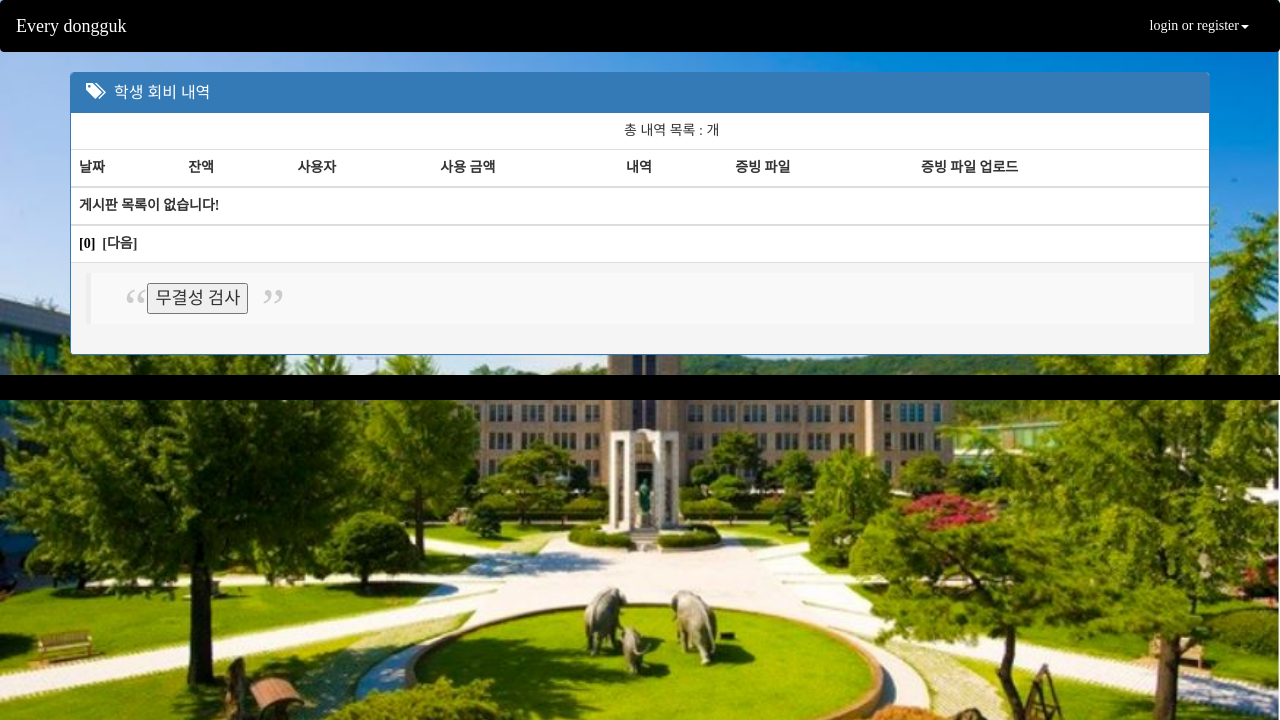
Repository: CSID-DGU/2020-1-ESCD-DOUBLE
Page: http://localhost/web/WEB-INF/views/bank/blistall.jsp
The author's editor kept a copy of each file at every save. The page is drawn from the files as they stood at one save, then again after the next save.
The browser window is 1280 px wide. The pictures show the whole page.
Some web fonts or font styles are not loaded; a fallback is used. Some web libraries are served in a nearby version. The page is served by Tomcat 9. Nobody is signed in. Other server files are loaded and not shown. The template is opened directly, without the code that normally fills it, so the values that code supplies are empty.

Above is the page before, as saved 2020-05-27 07:48:17.

### web/src/main/webapp/WEB-INF/views/bank/blistall.jsp
<%@ page language="java" contentType="text/html; charset=EUC-KR"
    pageEncoding="EUC-KR"%>
    <%@ taglib prefix="c" uri="http://java.sun.com/jsp/jstl/core"%>
<!DOCTYPE html>
<html>
<head>
<link rel="stylesheet" href="resources/css/bootstrap.css">
<link rel="stylesheet" href="resources/css/customize.css">
<link rel="stylesheet" href="resources/css/template.css">
<script src="https://code.jquery.com/jquery-3.1.1.min.js"></script>
<script src="resources/js/bootstrap.js"></script>
<script>

</script>

<meta charset="EUC-KR">
<title>Insert title here</title>
<style>

blockquote{
background:#f9f9f9;
border-left:10px solid #cccccc;
margin: 1.5em 10px;
padding: 0.5em 10px;
quotes: "\201C""\201D""\2018""\2019"
}
blockquote:before{
color:#cccccc;
content:open-quote;
font-size:3em;
line-height:0.1em;
margin-left:0.25em;
vertical-align:-0.4em;
}
blockquote:after{
color:#cccccc;
content:close-quote;
font-size:3em;
line-height:0.1em;
margin-left:0.25em;
vertical-align:-0.4em;
}


</style>
</head>

<body class="body">

<%@include file="../template/header.jsp"%>
<div class="container">
	<div class="row">
		<div class="col-xs-12">
		<div class="panel panel-primary">
		<div class="panel-heading">
			<h3 class="panel-title">
				<span class="glyphicon glyphicon-tags"></span>
				&nbsp;&nbsp;학생 회비 내역

			</h3>
		</div>

		<table class="table">
			<thead>
			  <tr>
  				<td colspan="5" align="right"> 총 내역 목록 : <b>${totalCount }</b>개
  			</tr>
			<tr>
			<th>날짜</th>	<th>잔액</th>	<th>사용자</th>	<th>사용 금액</th><th>내역</th><th>증빙 파일</th><th>증빙 파일 업로드</th>
			</tr>
			</thead>
			<tbody>
	  <c:if test="${!empty bl }">

   <c:forEach var= "list" items="${bl }">
   <form name="uploadForm" method="post" action="upload_ok" enctype="multipart/form-data">
   <tr>
    <th>${list.getBdate() }</th><input type="hidden" value="${list.getBdate()}" name="Bdate"/>
    <th>${list.getBrest() }</th><input type="hidden" value="${list.getBrest()}" name="Brest"/>
    <th>${list.getBuser() }</th><input type="hidden" value="${list.getBuser()}" name="Buser"/>
    <th>${list.getBinout() }</th><input type="hidden" value="${list.getBinout()}" name="Binout"/>
    <th>${list.getBmemo() }</th><input type="hidden" value="${list.getBmemo()}" name="Bmemo"/>
    <c:if test="${!empty list.getFname()}">
    <th><a href="/web/downloadFile?fname=${list.getFname() }  ">${list.getFname() }  </a></th>  </c:if>

    <c:if test="${empty list.getFname() }">
    <c:if test="${Siscouncil>'1' }">
    <th>
       <input type="file" name="imgFile"></th>
    <th><input type="submit" value="업로드"></th>
    </c:if></c:if>

  </tr>  </form>
  </c:forEach>
  </c:if>

    <c:if test="${empty bl }">
  <tr>   <th colspan="5">게시판 목록이 없습니다!</th></tr></c:if>
			</tbody>
	<center><tr>
   		<th colspan="5">
   			<c:if test="${page<=1 }">
   				[이전]&nbsp;
   			</c:if>
   			<c:if test="${page>1 }">
   				<a href="/web/blistall?page=${page-1 }">[이전]</a>&nbsp;
   			</c:if>

   			<%--현재쪽 번호 출력 --%>
   			<c:forEach var="a" begin="${startpage }" end="${endpage }" step="1">
   				<c:if test="${a==page }"><%--현재 쪽번호가 선택된 경우는 링크 없어도됨 --%>
   					 <${a }>
   				</c:if>
   				<c:if test="${a!=page}">
   					<a href="/web/blistall?page=${a }">[${a }]</a>&nbsp;

   				</c:if>
   			</c:forEach>
   			<c:if test="${page>=endpage }"><!-- maxpage =>endpage로바꾸면..? -->
   			[다음]
   			</c:if>
   			<c:if test="${page<endpage }">
   			<a href="/web/blistall?page=${page+1 }">[다음]</a>
   			</c:if>

   		</th>
   </tr></center>
		</table>
			<div class="panel-footer"><form action="blockchain" method="post">
					<blockquote><input type="submit" value="무결성 검사" name="verify"></blockquote>
					</form>
			</div>

		</div></div>
	</div>
</div>

<div class="footer">
<%@include file="../template/footer.jsp"%></div>
</body>
</html>

### web/src/main/webapp/WEB-INF/views/template/header.jsp
<%@ page language="java" contentType="text/html; charset=EUC-KR"
    pageEncoding="EUC-KR"%>
<!DOCTYPE html>
<html>
<head>
<meta charset="EUC-KR">
<title>Insert title here</title>
<link rel="stylesheet" href="resources/css/bootstrap.css">
<link rel="stylesheet" href="resources/css/customize.css">
</head>
<body>
<script src="https://code.jquery.com/jquery-3.1.1.min.js"></script>
<script src="resources/js/bootstrap.js"></script>
<%@taglib prefix= "c" uri= "http://java.sun.com/jsp/jstl/core" %>
<nav class="navbar navbar-default">
	<div class="container-fluid">

		<div class="navbar-header">
			<button type="button" class="navbar-toggle collapsed" data-toggle="collapse"
			data-target="#bs-example-navbar-collapse-1" aria-expanded="false"><!-- 크기를 줄였을때 나타나는 버튼 -->
				<span class="sr-only"></span>
				<span class="icon-bar"></span>
				<span class="icon-bar"></span>
				<span class="icon-bar"></span>
			</button>
			<a class="navbar-brand" href="index">Every dongguk</a>
		</div>

		<div class="collapse navbar-collapse" id="bs-example-navbar-collapse-1"><!-- 네비 중간 대부분을 차지함 -->

			<ul class="nav navbar-nav navbar-right">
				<li class="dropdown">
					<a href="#" class="dropdown-toggle" data-toggle="dropdown" role="button"
					aria-haspopup="true" aria-expanded="false"><c:if test="${empty Sid }">login or register</c:if><c:if test="${not empty Sid }">${Sid } 님 환영합니다.</c:if><span class="caret"></span></a>
					<ul class="dropdown-menu">

					<c:choose>
					<c:when test="${empty Sid }">
						<li><a href="login_form">로그인</a></li>
						<li><a href="register_form">회원가입</a></li>
					</c:when>
					<c:otherwise>
						<li><a href="logout">로그아웃</a></li>
						<li><a href="mypage">마이페이지(${Sid})</a></li>
						</c:otherwise>
						</c:choose>

					</ul>

				</li>
			</ul>

		</div>
	</div>
</nav>



</body>
</html>

### web/src/main/webapp/WEB-INF/views/template/footer.jsp
<%@ page language="java" contentType="text/html; charset=EUC-KR"
    pageEncoding="EUC-KR"%>
<!DOCTYPE html>
<html>
<head>
<meta charset="EUC-KR">
<title>Insert title here</title>
<link rel="stylesheet" href="resources/css/bootstrap.css">
<link rel="stylesheet" href="resources/css/customize.css">

</head>
<body>
<script src="https://code.jquery.com/jquery-3.1.1.min.js"></script>
<script src="resources/js/bootstrap.js"></script>

<style type="text/css">
#footul ,#footul2{
color:white;}
#footul:hover ,#footul2:hover{

background-color:black;


}
#footul:focus,#footul2:hover{
background-color:black;}

</style>

<footer style="background-color: #000000;color:#ffffff">
	<div class="container">
		<br>
		<div class="row">
			<div class="col-sm-2" style="text-align: center;"><h5>Copyright &copy; 2020</h5><h5>Double </h5></div>
			<div class="col-sm-8"><h4>created by<h4><p>이현재, 임성두 ,남수민</p></div>

			<div class="col-sm-2"><h4 style="text-align:center;"><span class="glyphicon glyphicon-ok"></span>&nbsp;by Double</h4></div>
	</div>


</div>
</footer>


</body>
</html>

### web/src/main/webapp/resources/css/customize.css
@import url(http://fonts.googleapis.com/earlyaccess/nanumgothic.css);
*{font-family:'Nanum Gothic';}
a{
	color:#000000;
	text-decoration:none;
}
a:hover{
	color:#bbbbbb;
	text-decoration:none;
	cursor:pointer;
}
.navbar-default{/*까만색!*/
	background-color:#000000;
	border-color:#000000;
}
.navbar-default .navbar-brand{
	color:#ffffff;/*하얀색!*/
}
.navbar-default .navbar-brand:hover,
.navbar-default .navbar-brand:focus{
	background-color:transparent;
	color:#bbbbbb;
}
.navbar-default .navbar-nav> .active>a,
.navbar-default .navbar-nav> .active>a:hover,
.navbar-default .navbar-nav> .active>a:focus{
	color:white;
	background-color:#000000;
}
.navbar-default .navbar-nav> li>a:hover,
.navbar-default .navbar-nav> li>a:focus{
	color:#bbbbbb;
}
.navbar-default .navbar-nav> .open>a,
.navbar-default .navbar-nav> .open>a:hover,
.navbar-default .navbar-nav> .open>a:focus{
	color:#000000;
	background-color:#ffffff;
	text-decoration:none;
}
.navbar-default .navbar-nav>li>a{
	color:white;
}
@media(max-width:767px){
	.navbar-default .navbar-nav .open .dropdown-menu>li>a{
	color:#ffffff;}
	.navbar-default .navbar-nav .open .dropdown-menu>li>a:hover,
	.navbar-default .navbar-nav .open .dropdown-menu>li>a:focus{
	color:#bbbbbb;}

}

### web/src/main/webapp/resources/css/template.css
@charset "UTF-8";

.footer {

left: 0;
bottom: 0;
width: 100%;
text-align: center;
color: white;
    padding-bottom: 0px;



    height: 25px;

    overflow:hidden;

    z-index: 100;
}
.body {
		background-image : url('../images/dgu.JPG');
		background-repeat : no-repeat;
		background-size : cover;


}

Loaded but not shown: web/src/main/webapp/resources/css/bootstrap.css (library); web/src/main/webapp/resources/js/bootstrap.js (library)

After the next save:
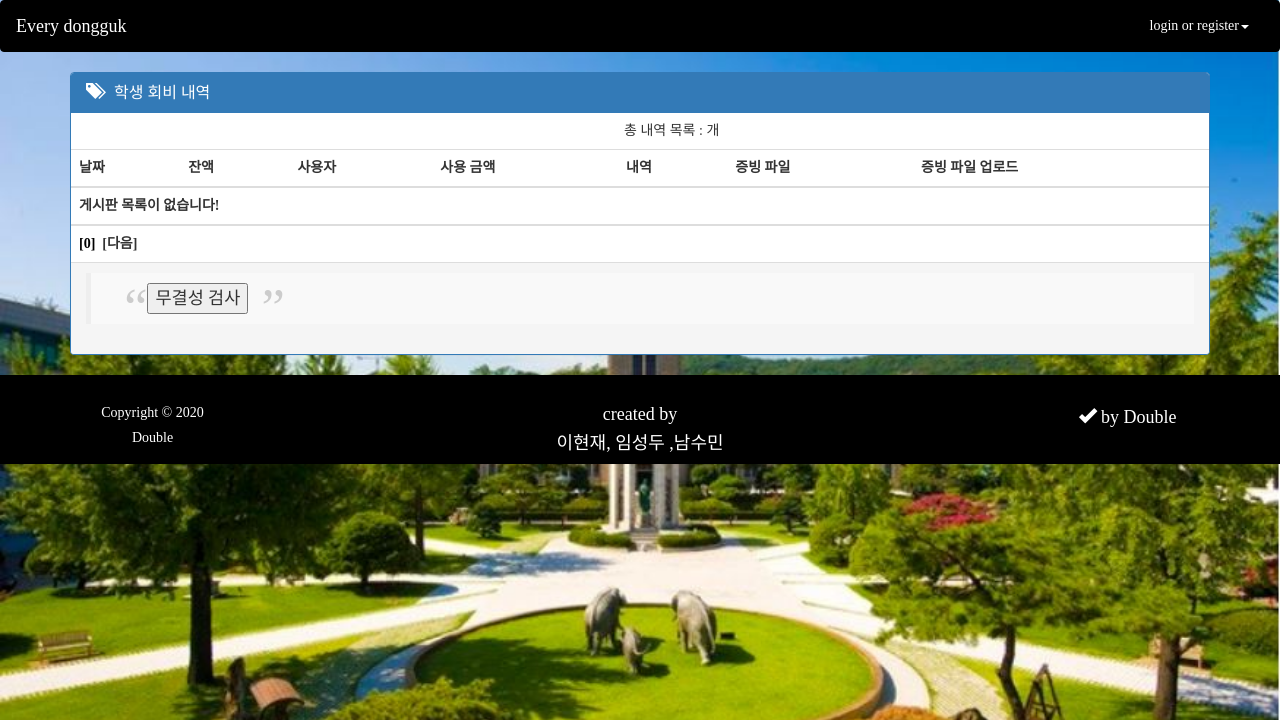
Saved 34 s later.
--- a/web/src/main/webapp/resources/css/template.css
+++ b/web/src/main/webapp/resources/css/template.css
@@ -9,13 +9,6 @@ text-align: center;
 color: white;
     padding-bottom: 0px;
 
-
-
-    height: 25px;
-
-    overflow:hidden;
-
-    z-index: 100;
 }
 .body {
 		background-image : url('../images/dgu.JPG');
